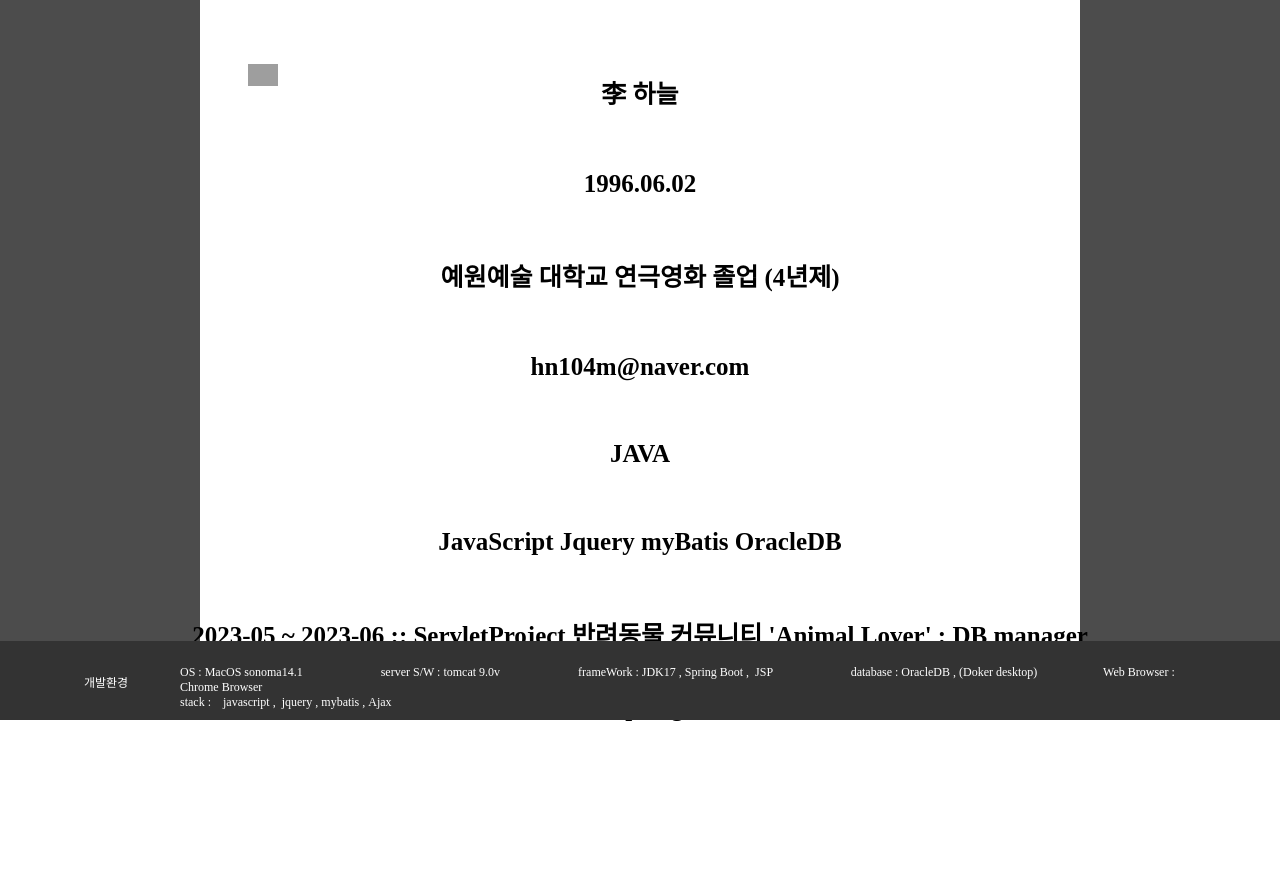
Repository: LeeHaNeul96/Leehaneul
Page: http://localhost/com.introduce/WEB-INF/views/more.jsp
An editor plug-in stored every save of this project. The page is shown before and after the next save, followed by the edit.
The browser window is 1280 px wide. The pictures show the whole page.
Pictures or frames that could not be fetched are drawn as grey boxes. The page is served by Tomcat 9. Nobody is signed in. The template is opened directly, without the code that normally fills it, so the values that code supplies are empty.

Above is the page before, as saved 2023-10-31 08:16:29.

After the next save:
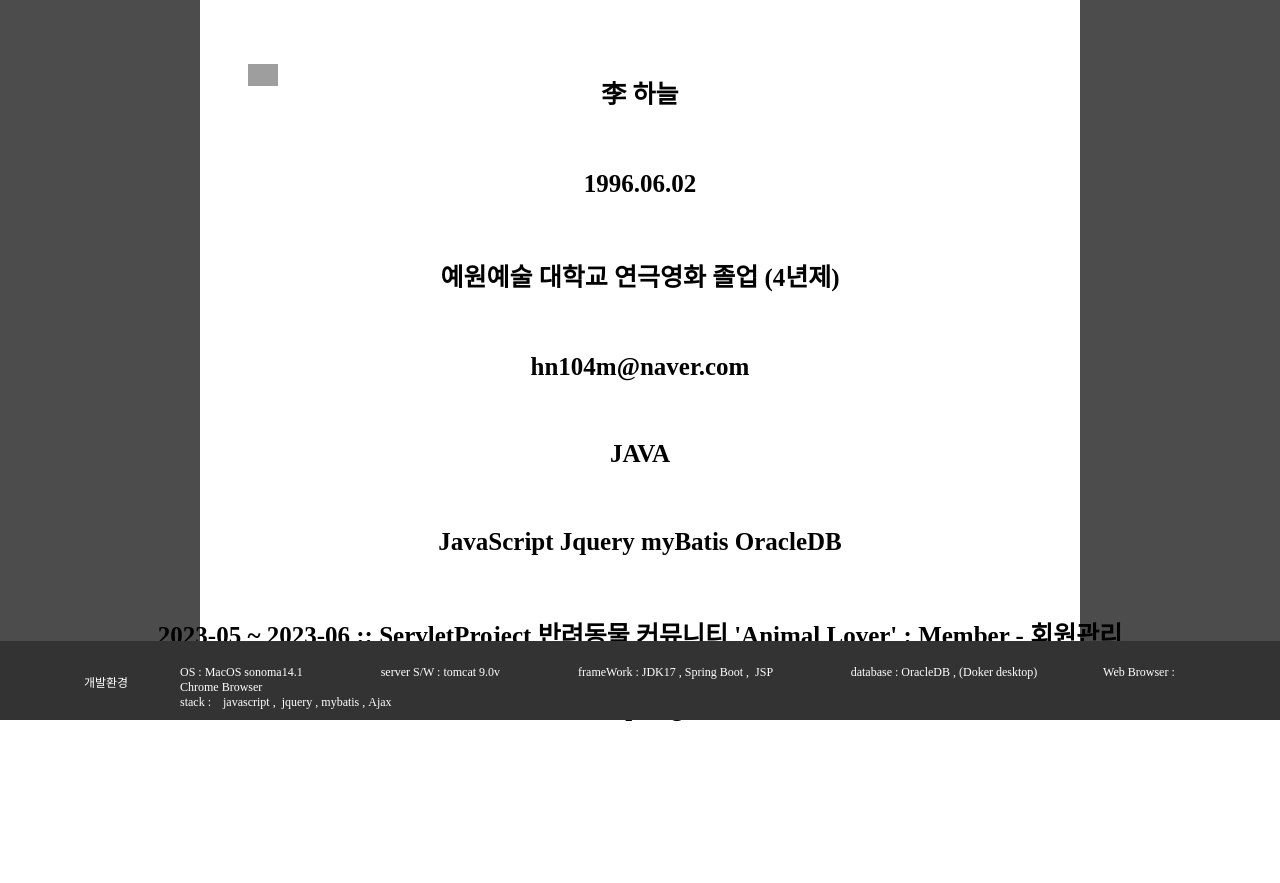
Saved 41 s later.
--- a/com.introduce/src/main/webapp/WEB-INF/views/more.jsp
+++ b/com.introduce/src/main/webapp/WEB-INF/views/more.jsp
@@ -104,7 +104,7 @@ $(function() {
 <h2>hn104m@naver.com</h2><br>
 <h2>JAVA</h2><br>
 <h2>JavaScript  Jquery  myBatis  OracleDB</h2><br>
-<h2>2023-05 ~ 2023-06 :: ServletProject 반려동물 커뮤니티 'Animal Lover' : DB manager<br>
+<h2>2023-05 ~ 2023-06 :: ServletProject 반려동물 커뮤니티 'Animal Lover' : Member - 회원관리<br>
 2023-08 ~ 2023-09 :: SpringProject 종합 신발 쇼핑몰 'Shoepin' : Project Manager<br>
 2023-09 AWS기반 Spring 백엔드 개발 수료
 </h2>
